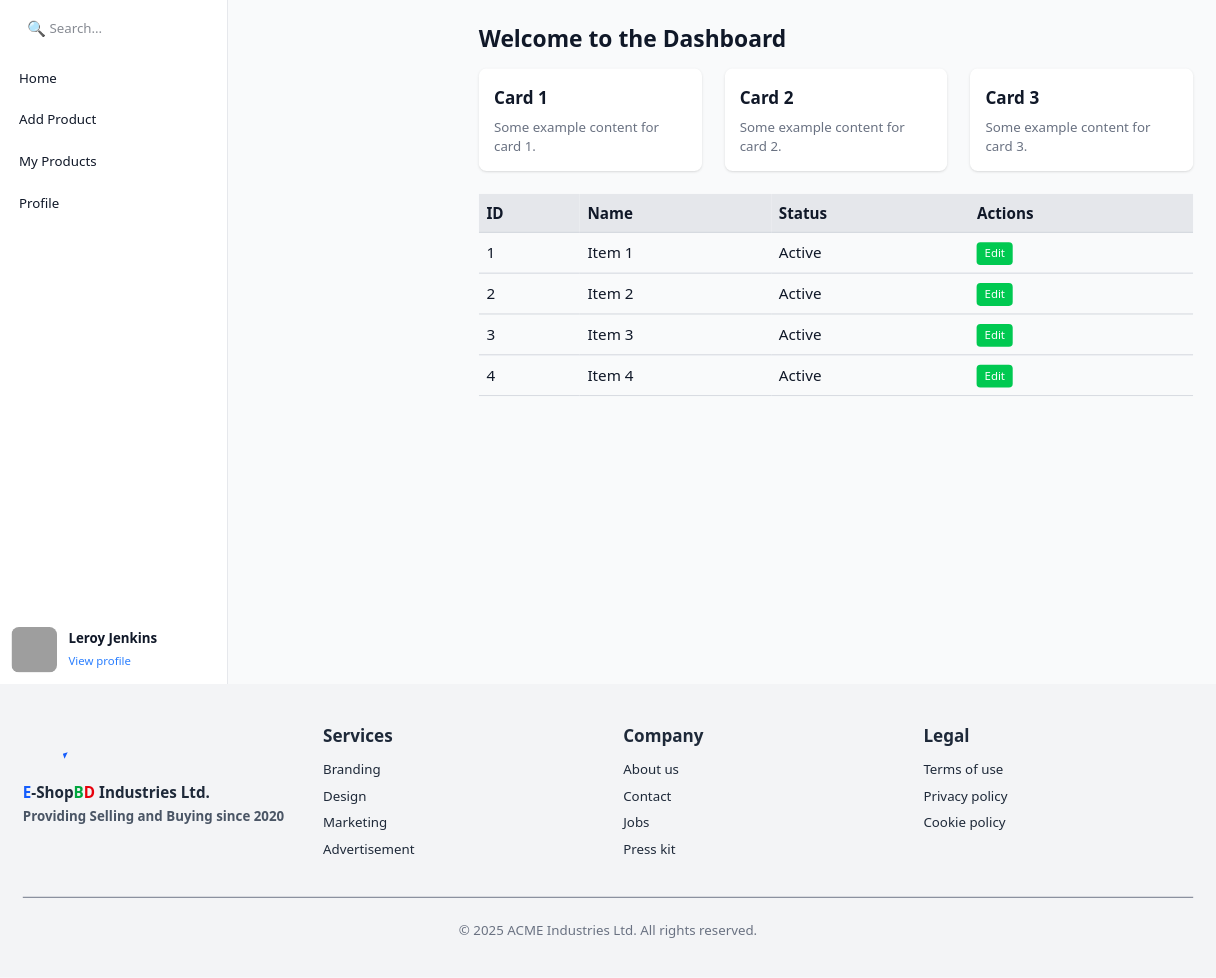
Repository: syedbayzid82849/E-shopBD
Page: /dashboard
An editor plug-in stored every save of this project. The page is shown before and after a run of saves, followed by the edit.
The browser window is 1280 px wide. The pictures show the whole page, at 95% of full size.
Pictures or frames that could not be fetched are drawn as grey boxes. The project was rebuilt for these pictures with package versions that can differ from the ones it lists, and the page was loaded fresh each time. The framework's server and built-in components were replaced by stand-ins that run in the browser. Also part of the build but not shown: next.config.mjs, src/app/components/Navbar.jsx, src/app/components/NavbarWrapper.jsx.

Above is the page before, as saved 2025-08-26 16:04:57.

After the next 2 saves:
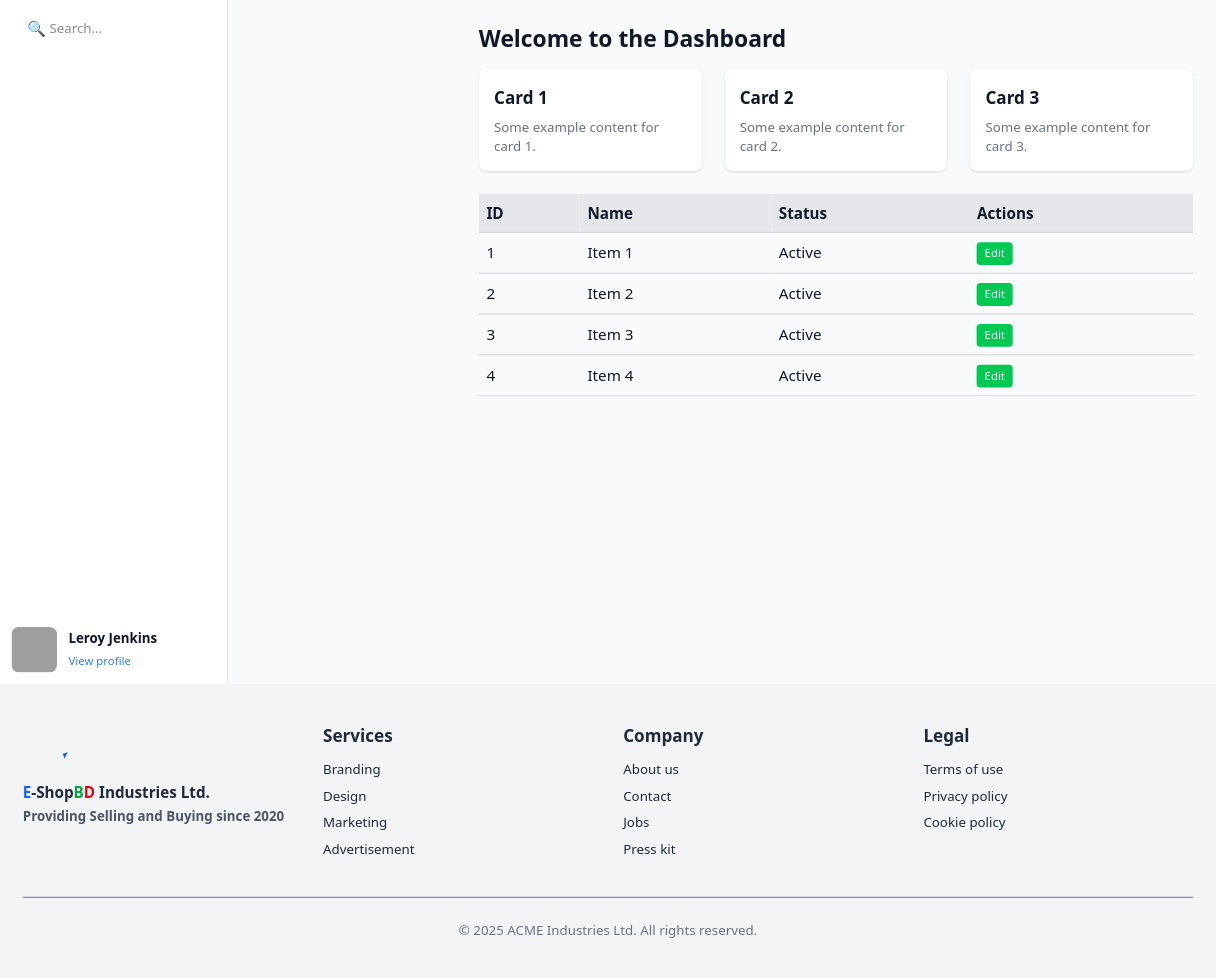
The 2 saves are shown as one change because they came seconds apart.
The last was saved 28 s later.
--- a/src/app/dashboard/page.jsx
+++ b/src/app/dashboard/page.jsx
@@ -38,16 +38,7 @@ export default function Dashboard() {
           {/* Menu */}
           <div className="flex-1 overflow-y-auto">
             <ul className="space-y-2 text-sm">
-              {["Home", "Add Product", "My Products", "Profile"].map((item, idx) => (
-                <li key={idx}>
-                  <a
-                    href="#"
-                    className="flex items-center p-2 space-x-3 rounded-md hover:bg-gray-100 dark:hover:bg-gray-700"
-                  >
-                    <span>{item}</span>
-                  </a>
-                </li>
-              ))}
+              <li></li>
             </ul>
           </div>
 
